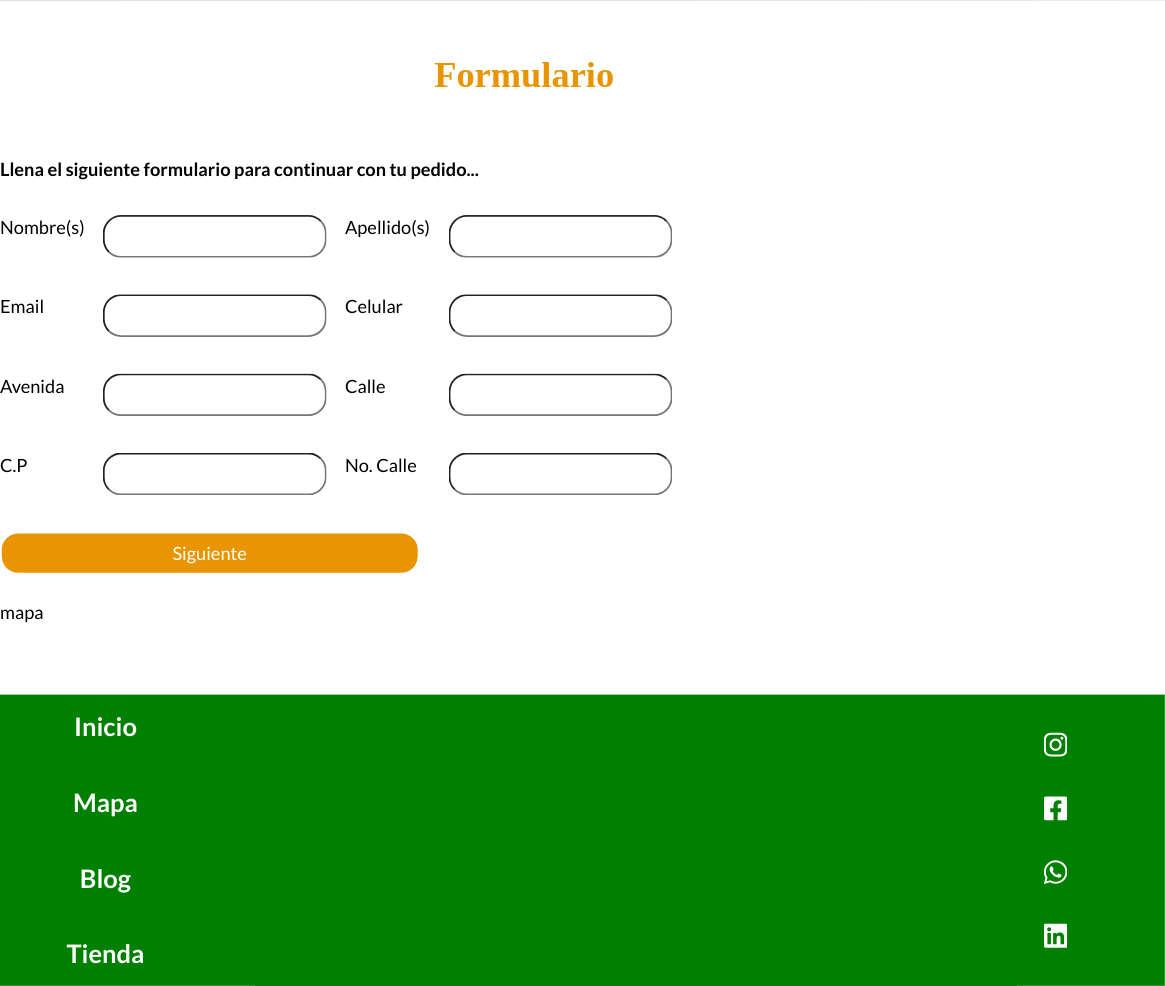
Repository: CarlosCamposRodriguez99/cv-beta-frontend
Page: /mapa
An editor plug-in stored every save of this project. The page is shown before and after the next save, followed by the edit.
The browser window is 1280 px wide. The pictures show the part of the page from y = 219 to 1322 px (the page is 1302 px tall before and 1322 px after), at 91% of full size.
Some web fonts or font styles are not loaded; a fallback is used. The project was rebuilt for these pictures with package versions that can differ from the ones it lists, and the page was loaded fresh each time. The framework's server and built-in components were replaced by stand-ins that run in the browser. Also part of the build but not shown: next.config.js.

Above is the page before, as saved 2022-05-06 18:13:52.

After the next save:
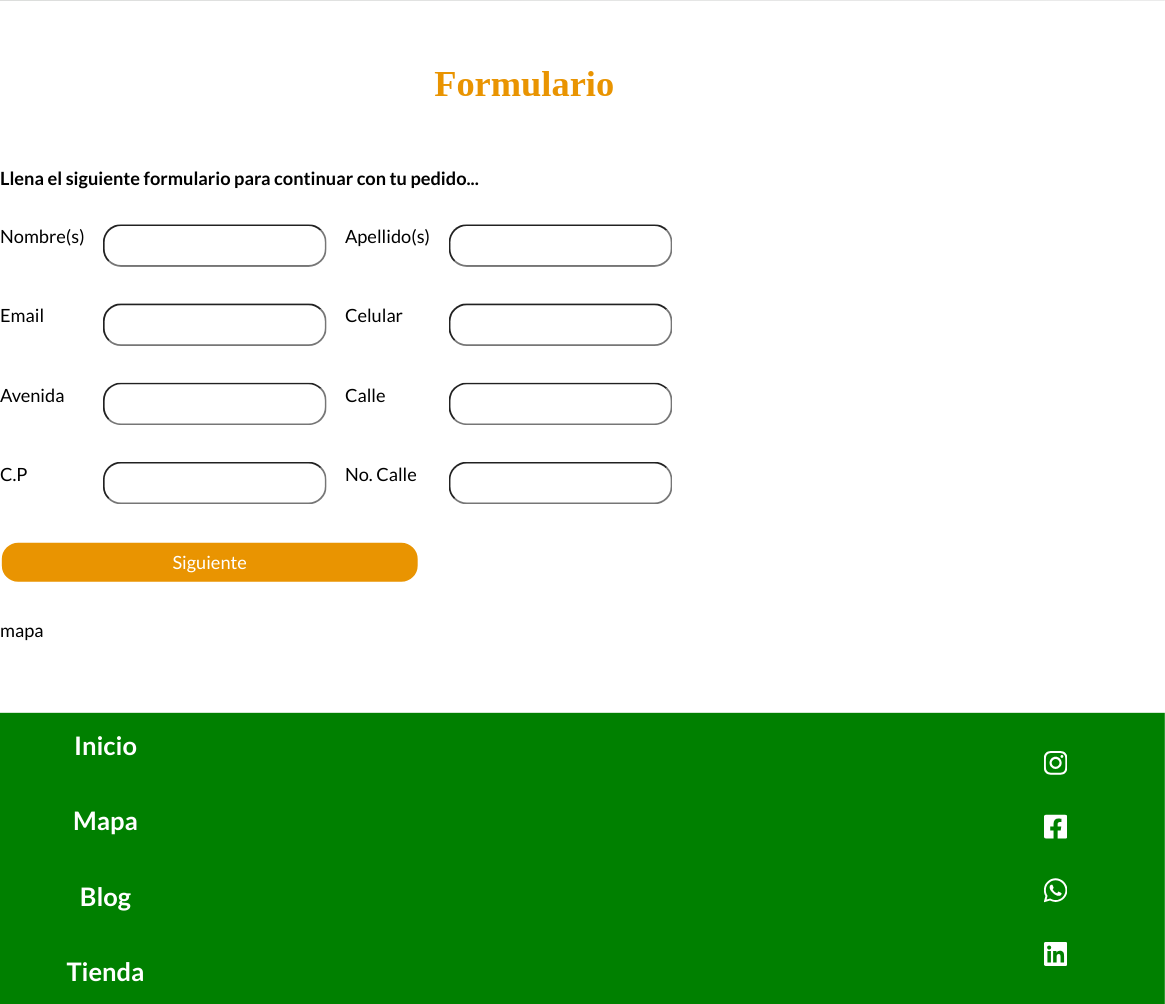
Saved 10 s later.
--- a/styles/Mapa.module.css
+++ b/styles/Mapa.module.css
@@ -26,7 +26,7 @@
 
 .head {
   max-width: 120rem;
-  margin: 1rem 2rem 0 0;
+  margin: 2rem 2rem 0 0;
   width: 90%;
   display: grid;
 }
